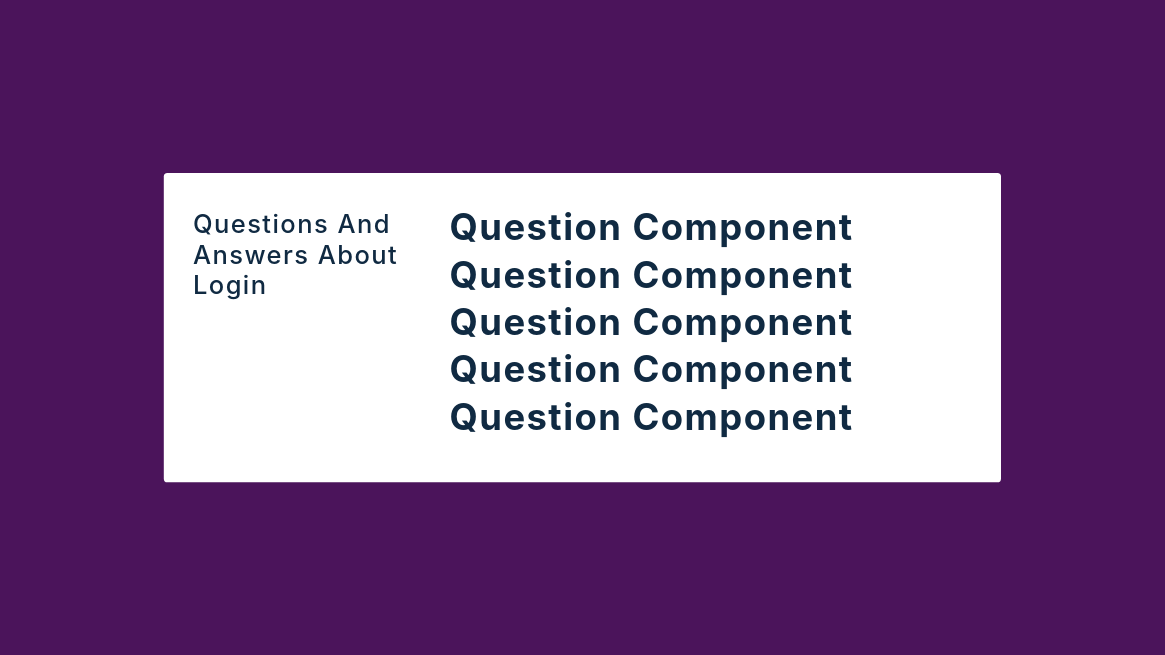
Repository: bodescuanamariia/accordion
Page: /
These files come from the project's save history. The page is drawn as it stood at one moment and after a run of saves; the edit follows.
The browser window is 1280 px wide. The pictures show the whole page, at 91% of full size.
The project was rebuilt for these pictures with package versions that can differ from the ones it lists, and the page was loaded fresh each time.

Above is the page before, as saved 2022-04-20 13:15:03.

After the next 5 saves:
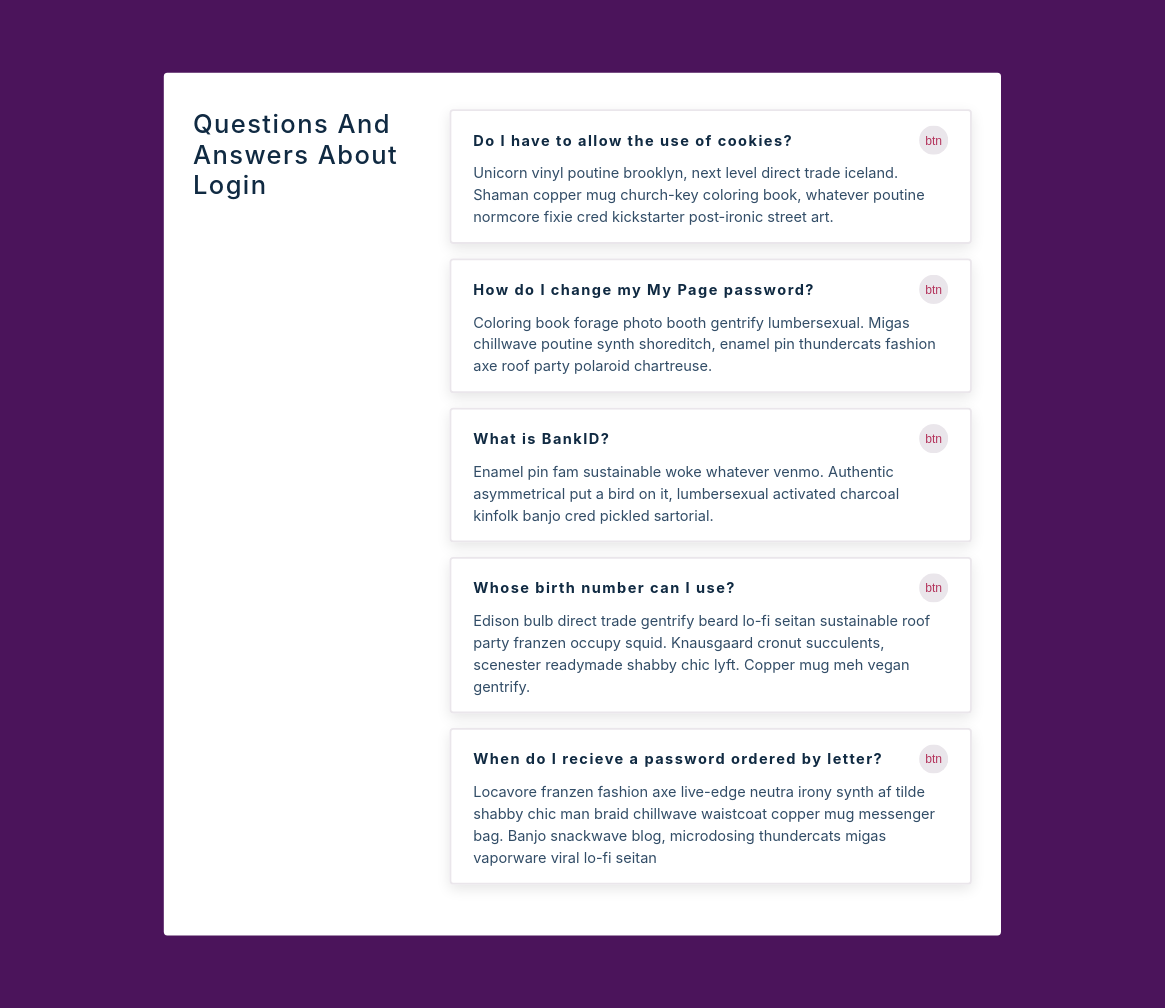
The 5 saves are shown as one change because 4 did not build or start.
The last was saved 2 min 41 s later.
--- a/src/Question.js
+++ b/src/Question.js
@@ -1,10 +1,20 @@
 import React, { useState } from "react";
 import { AiOutlineMinus, AiOutlinePlus } from "react-icons/ai";
 
-const Question = () => {
+const Question = ({ title, info }) => {
   const [question, setQuestion] = useState(0);
 
-  return <h2>question component</h2>;
+  return (
+    <>
+      <article className="question">
+        <header>
+          <h4>{title}</h4>
+          <button className="btn">btn</button>
+        </header>
+        <p>{info}</p>
+      </article>
+    </>
+  );
 };
 
 export default Question;
